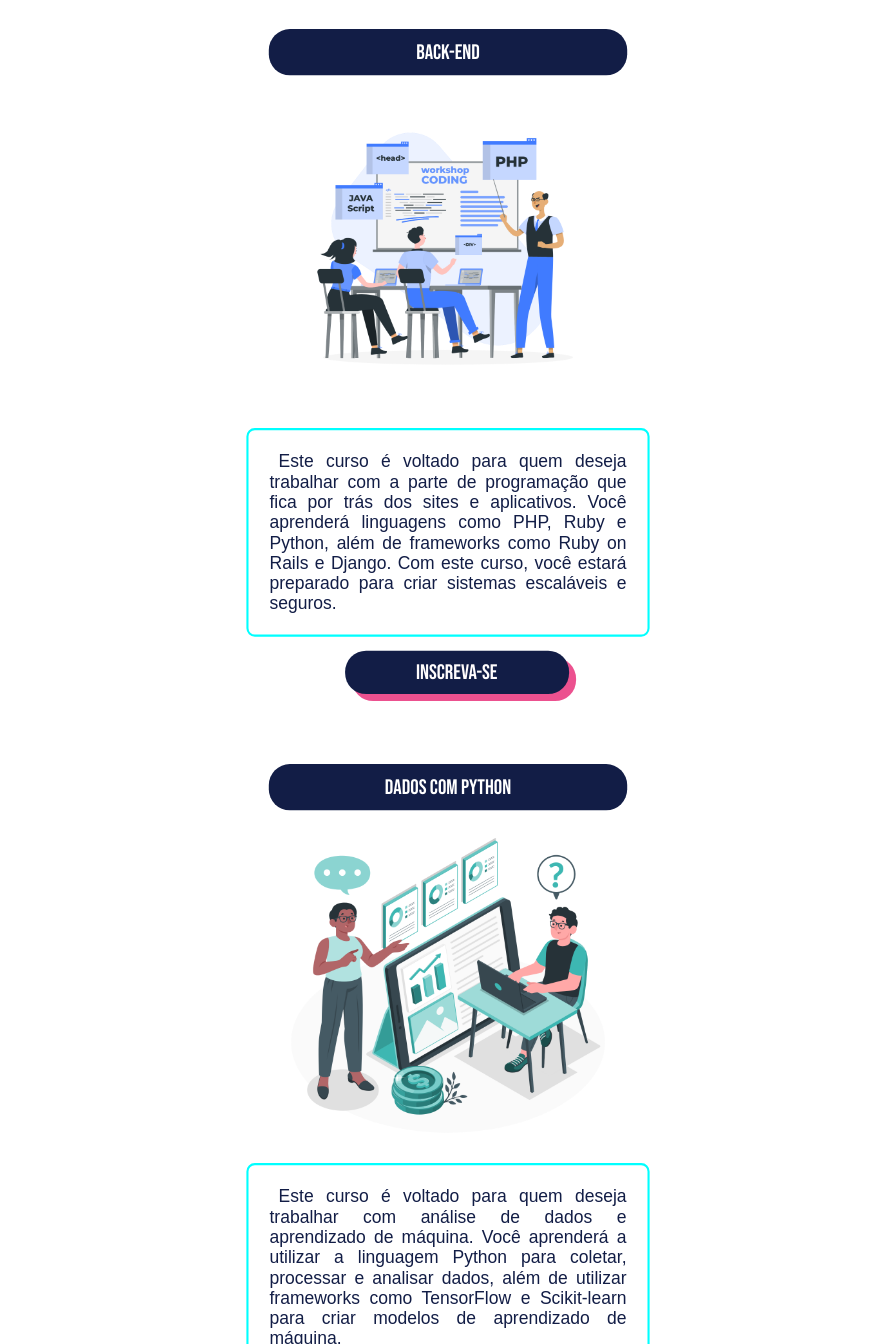
Repository: Leonngc/DEV-COLLEGE
Page: courses.html
The author's editor kept a copy of each file at every save. The page is drawn from the files as they stood at one save, then again after the next save.
The browser window is 1280 px wide. The pictures show the part of the page from y = 3572 to 5492 px (the page is 8590 px tall), at 70% of full size.
Some web fonts or font styles are not loaded; a fallback is used.

Above is the page before, as saved 2023-03-12 12:58:56.

After the next save:
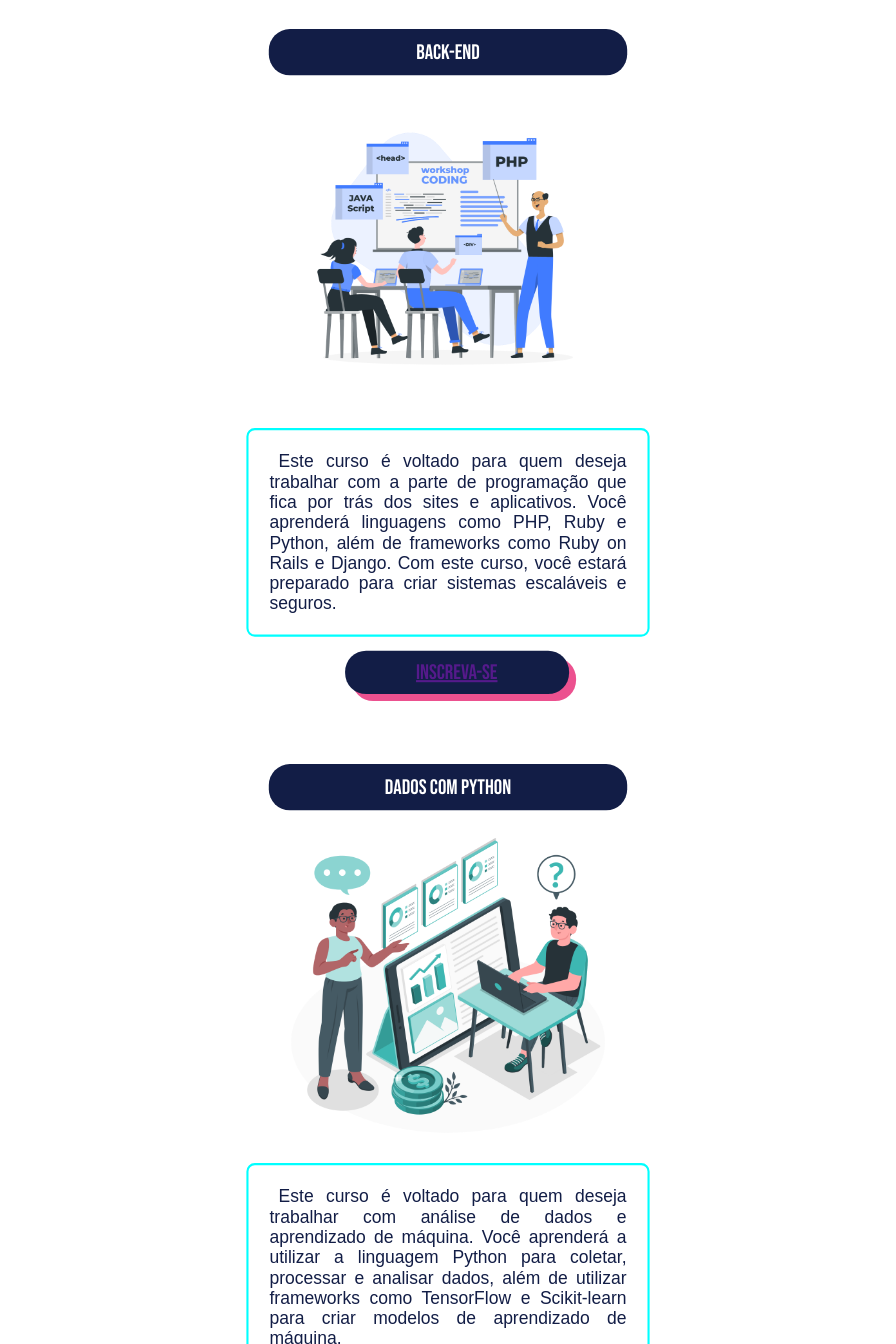
Saved 14 s later.
--- a/courses.html
+++ b/courses.html
@@ -64,7 +64,7 @@
             <img src="images/Coding workshop-rafiki.png" alt="">
 
             <p>Este curso é voltado para quem deseja trabalhar com a parte de programação que fica por trás dos sites e aplicativos. Você aprenderá linguagens como PHP, Ruby e Python, além de frameworks como Ruby on Rails e Django. Com este curso, você estará preparado para criar sistemas escaláveis e seguros.</p>
-            <button>Inscreva-se</button>
+            <button><a href="">Inscreva-se</a></button>
         </div>
 
         <div class="container-course">
